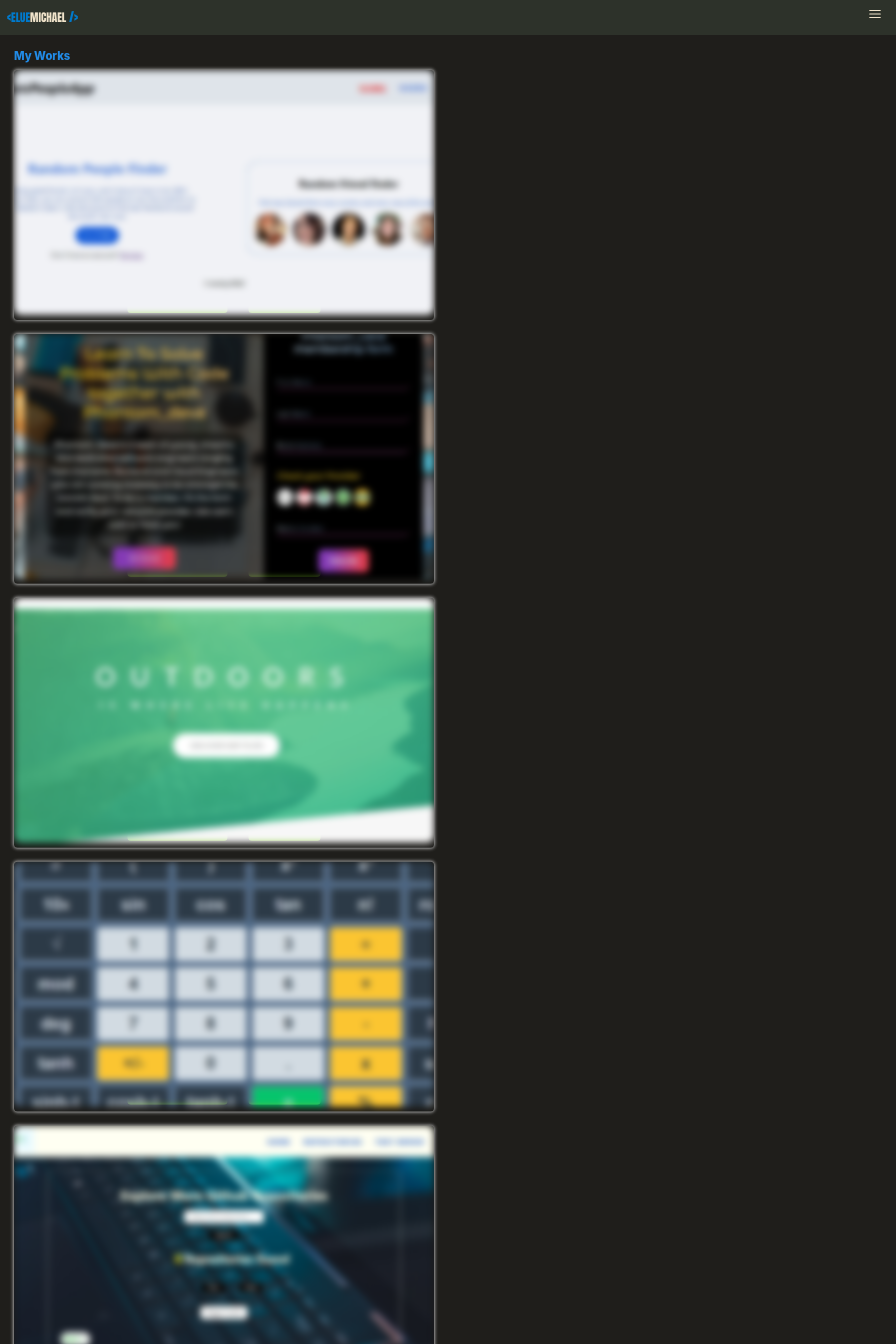
Repository: MikkyPrestige/portfolio
Page: /projects
An editor plug-in stored every save of this project. The page is shown before and after the next save, followed by the edit.
The browser window is 1280 px wide. The pictures show the part of the page from y = 0 to 1920 px (the page is 5001 px tall), at 70% of full size.
The project was rebuilt for these pictures with package versions that can differ from the ones it lists, and the page was loaded fresh each time. Also part of the build but not shown: src/components/avatar.jsx, src/components/home.jsx, src/components/about.jsx, src/components/fallback.jsx.

Above is the page before, as saved 2023-02-21 17:32:07.

### public/index.html
<!DOCTYPE html>
<html lang="en">
  <head>
    <meta charset="utf-8" />
    <link rel="icon" href="%PUBLIC_URL%/favicon.ico" />
    <meta name="viewport" content="width=device-width, initial-scale=1" />
    <meta name="theme-color" content="#000000" />
    <meta
      name="description"
      content="Web site created using create-react-app"
    />
    <link rel="apple-touch-icon" href="%PUBLIC_URL%/logo192.png" />
    <!--
      manifest.json provides metadata used when your web app is installed on a
      user's mobile device or desktop. See https://developers.google.com/web/fundamentals/web-app-manifest/
    -->
    <link rel="manifest" href="%PUBLIC_URL%/manifest.json" />
    <!--
      Notice the use of %PUBLIC_URL% in the tags above.
      It will be replaced with the URL of the `public` folder during the build.
      Only files inside the `public` folder can be referenced from the HTML.

      Unlike "/favicon.ico" or "favicon.ico", "%PUBLIC_URL%/favicon.ico" will
      work correctly both with client-side routing and a non-root public URL.
      Learn how to configure a non-root public URL by running `npm run build`.
    -->
    <title>Elue Michael Portfolio</title>
  </head>
  <body>
    <noscript>You need to enable JavaScript to run this app.</noscript>
    <div id="root"></div>
    <!--
      This HTML file is a template.
      If you open it directly in the browser, you will see an empty page.

      You can add webfonts, meta tags, or analytics to this file.
      The build step will place the bundled scripts into the <body> tag.

      To begin the development, run `npm start` or `yarn start`.
      To create a production bundle, use `npm run build` or `yarn build`.
    -->
  </body>
</html>

### src/assets/styles/sass/main.scss
@import 'abstracts/variables';
@import 'base/base';
@import 'layouts/header';
@import 'pages/home';
@import 'pages/about';
@import 'pages/projects';

// @media (prefers-reduced-motion: no-preference) {
//   .App-logo {
//     animation: App-logo-spin infinite 20s linear;
//   }
// }

// @keyframes App-logo-spin {
//   from {
//     transform: rotate(0deg);
//   }
//   to {
//     transform: rotate(360deg);
//   }
// }

### src/components/layout.jsx
import React from "react";
import { MdClose } from "react-icons/md";
import { FiMenu } from "react-icons/fi";
import { useState } from "react";
import { NavLink } from "react-router-dom";

const Layout = () => {
  return (
    <div>
      <LayoutSmall />
      <LayoutLarge />
    </div>
  );
};

const CustomNavLink = ({ to, ...props }) => {
  let activeStyle = {
    color: "var(--color--green)",
    textDecoration: "underline",
  };

  return (
    <NavLink
      to={to}
      style={({ isActive }) =>
        isActive ? activeStyle : { textDecoration: "none" }
      }
      {...props}
    />
  );
};

const LayoutSmall = () => {
  const [showMenu, setShowMenu] = useState(false);

  const toggleMenu = () => {
    setShowMenu(!showMenu);
  };

  const closeMenu = () => {
    setShowMenu(false);
  };

  return (
    <div className="layout layout--small">
      <header className="layout--header">
        <div className="layout--header__title">
          <h1 className="layout--header__title__content">
            <span className="layout--header__title__content__span">{"<"}</span>
            <span className="layout--header__title__content__span--2">
              ELUE
            </span>
            MICHAEL{" "}
            <span className="layout--header__title__content__span">{"/>"}</span>
          </h1>
        </div>
        <nav className="layout--menu">
          <button className="layout--menu__button" onClick={toggleMenu}>
            {showMenu ? <MdClose /> : <FiMenu />}
          </button>
          <div className={`layout--menu__content ${showMenu ? "show" : ""}`}>
            <ul className="layout--menu__content__list">
              <li>
                <CustomNavLink
                  to="/"
                  onClick={closeMenu}
                  className="layout--menu__content__list__item"
                >
                  <span>#</span>Home
                </CustomNavLink>
              </li>
              <li>
                <CustomNavLink
                  to="/about"
                  onClick={closeMenu}
                  className="layout--menu__content__list__item"
                >
                  <span>#</span>About me
                </CustomNavLink>
              </li>
              <li>
                <CustomNavLink
                  to="/projects"
                  onClick={closeMenu}
                  className="layout--menu__content__list__item"
                >
                  <span>#</span>Projects
                </CustomNavLink>
              </li>
              <li>
                <CustomNavLink
                  to="/contact"
                  onClick={closeMenu}
                  className="layout--menu__content__list__item"
                >
                  <span>#</span>Contact
                </CustomNavLink>
              </li>
            </ul>
          </div>
        </nav>
      </header>
    </div>
  );
};

const LayoutLarge = () => {
  return (
    <div className="layout layout--large">
      <header className="layout--header">
        <div className="layout--title">
          <h1 className="layout--title__content">
            <span className="layout--title__content__span">{"<"}</span>
            <span className="layout--header__title__content__span--2">
              ELUE
            </span>
            MICHAEL<span className="layout--title__content__span">{"/>"}</span>
          </h1>
        </div>
        <div className="layout--menu">
          <ul className="layout--menu__list">
            <li className="layout--menu__list__item">
              <CustomNavLink to="/">Home</CustomNavLink>
            </li>
            <li className="layout--menu__list__item">
              <CustomNavLink to="/about">About me</CustomNavLink>
            </li>
            <li className="layout--menu__list__item">
              <CustomNavLink to="/projects">Projects</CustomNavLink>
            </li>
            <li className="layout--menu__list__item">
              <CustomNavLink to="/contact">Contact</CustomNavLink>
            </li>
          </ul>
        </div>
      </header>
    </div>
  );
};

export { Layout, LayoutSmall, LayoutLarge };

### src/assets/styles/sass/abstracts/_variables.scss
:root {
  --color-primary: #cc4600;
  --color-secondary: #bb45cb;
  --color-tertiary: #eefff8;

  // MARK UP
  --color--markup: #FF8303;
  // TEXT
  --color--text: #F0E3CA;

  // BACKGROUND
  --color--bg: #2D322A;
  --color--bg-light: #242320;
  --color--bg-dark: #1B1A17;
  --color--bg-dark-2: #1F1E1B;
  //DARK
  --color--dark: rgba(22, 22, 22, 1);
  --color--dark-1: rgba(34, 34, 34, 1);
  --color--dark-2: rgba(45, 45, 45, 1);
  --color--dark-3: rgba(51, 51, 51, 1);
  --color--dark-4: rgba(189, 189, 189, 1);
  //WHITE
  --color--white: rgba(255, 255, 255, 1);
  --color--white-1: rgba(240, 227, 202, 1);
  --color--white-op: rgba(240, 227, 202, 0.76);

  // GRAY
  --color--gray: #ABB2BF;

  --light-blue: rgba(97, 218, 251, 1);
  --light-blue--1: #3bc9db;
  --dark-blue: rgba(0, 122, 204, 1);
  --blue-cyan: #228be6;
  --dark-blue-op: rgba(6, 6, 7, 0.82);

  --color--green: rgba(131, 205, 41, 1);

  //Font size
  --font-size: 1rem;
  --font-size--small: 1.2rem;
  --font-size--medium: 1.4rem;
  --font-size--large: 1.6rem;
  --font-size--x-large: 1.8rem;
  --font-size--xx-large: 2rem;
  // ICON FONTS
  --font-size--icon: 3rem;
  --font-size--icon-1: 3.5rem;
  --font-size--icon-2: 4rem;


  //Font family
  --font-family: 'Roboto', sans-serif;
  --font--family--primary: 'Inter', sans-serif;
  --font-family--secondary: 'Inconsolata', monospace;
  --font-family--tertiary: 'Impact', sans-serif;
  --font-family--2: 'Fira Code', monospace;

  // FONT WEIGHT
  --font-weight--light: 300;
  --font-weight--regular: 400;
  --font-weight--medium: 600;
  --font-weight--bold: 800;
  // --font-weight--boldest: 900;
}

### src/assets/styles/sass/base/_base.scss
*,
*::after,
*::before {
  margin: 0;
  padding: 0;
  box-sizing: border-box;
}

html {
  font-size: 62.5%;
  font-family: var(--font-family);
  color: var(--color-white);
  background-color: var(--color--bg);
}

::selection {
  background-color: var(--color-primary);
  color: var(--color-white);
}

### src/assets/styles/sass/layouts/_header.scss
.layout {
  width: 100%;
  height: 5rem;

  &--header {
    display: flex;
    justify-content: space-between;
    align-items: center;
    padding: 1rem;

    &__title {
      text-align: center;

      &__content {
        color: var(--color--text);
        font-family: var(--font-family--tertiary);
        font-size: var(--font-size--large);
        font-weight: var(--font-weight--regular);
        position: absolute;
        z-index: 1000;

        &__span {
          color: var(--dark-blue);
          font-size: var(--font-size--x-large);

          &--2 {
            color: var(--dark-blue);
          }
        }
      }
    }
  }

  &--menu {
    position: relative;

    &__button {
      position: fixed;
      top: 1rem;
      right: 2rem;
      z-index: 10;
      background-color: var(--color--bg);
      color: var(--color--text);
      border: none;
      font-size: var(--font-size--xx-large);
      font-weight: var(--font-weight--bold);
      cursor: pointer;
    }

    &__content {
      position: fixed;
      top: 0;
      right: 0;
      width: 0;
      max-width: 100%;
      height: 85%;
      background-color: var(--color--bg-dark);
      z-index: 5;
      overflow: hidden;

      &.show {
        width: 100%;
        transition: all 1s ease-in-out;
        -webkit-transition: all 1s ease-in-out;
        -moz-transition: all 1s ease-in-out;
        -ms-transition: all 1s ease-in-out;
        -o-transition: all 1s ease-in-out;
      }

      &__list {
        list-style: none;
        display: flex;
        flex-direction: column;
        justify-content: center;
        align-items: center;
        gap: 5rem;
        padding: 0;
        margin-top: 8rem;

        &__item {
          color: var(--dark-blue);
          font-family: var(--font-family--secondary);
          font-size: var(--font-size--large);
          font-weight: var(--font-weight--bold);
          font-style: normal;
          text-transform: capitalize;
          cursor: pointer;
          transition: all 1s ease-in-out;
          -webkit-transition: all 1s ease-in-out;
          -moz-transition: all 1s ease-in-out;
          -ms-transition: all 1s ease-in-out;
          -o-transition: all 1s ease-in-out;

          &:hover,
          &:active {
            color: var(--color--text);
          }

          span {
            color: var(--color--white-1);
          }
        }
      }
    }
  }


  &--large {
    display: none;
  }
}

### src/assets/styles/sass/pages/home.scss
.home {
  width: 100%;
  height: 100vh;
  background: radial-gradient(100% 100% at 50% 100%, var(--color--bg-dark-2) 21.52%, var(--color--bg-dark) 100%);

  &--contents {
    display: flex;
    flex-direction: column;
    justify-content: center;
    align-items: center;
    padding: 3rem 5rem;
    gap: 3rem;
  }

  &--content {
    display: flex;
    flex-direction: column;
    align-items: flex-start;
    padding: 0;
    gap: .5rem;

    &__title {
      font-family: var(--font-family--secondary);
      font-size: var(--font-size--x-large);
      font-weight: var(--font-weight--boldest);
      color: var(--dark-blue);
    }

    &__subtitle {
      font-family: var(--font-family--secondary);
      font-size: var(--font-size--large);
      font-weight: var(--font-weight--bold);
      color: var(--color--text);
    }

    &__desc {
      font-family: var(--font-family--secondary);
      font-size: var(--font-size--small);
      font-weight: var(--font-weight--regular);
      color: var(--color--white-1);
    }
  }

  &--avatar {
    border-radius: 5%;
    -webkit-border-radius: 5%;
    -moz-border-radius: 5%;
    -ms-border-radius: 5%;
    -o-border-radius: 5%;
    background-image: radial-gradient(circle, var(--blue-cyan) 5%, var(--light-blue--1) 95%);
  }
}

### src/assets/styles/sass/pages/_about.scss
.about {
  width: 100%;
  height: 100%;
  background-color: var(--color--bg-dark-2);
  color: var(--color--gray);

  &--wrapper {
    display: flex;
    flex-direction: column;
    justify-content: center;
    align-items: center;
    gap: 1rem;
  }

  &--desc {
    padding: 5rem;
    display: flex;
    flex-direction: column;
    justify-content: center;
    align-items: center;
    gap: 5rem;
  }

  &--img {
    position: relative;

    &__content1 {
      width: 3rem;
      height: 3rem;
      position: absolute;
      top: 0;
      left: 0;
      background: var(--dark-blue);
      transform: rotate(51.88deg);
    }

    &__content2 {
      width: 3rem;
      height: 3rem;
      position: absolute;
      top: 0;
      left: 0;
      background: var(--color--white-op);
    }
  }

  &--content {
    display: flex;
    flex-direction: column;
    justify-content: center;
    align-items: flex-start;
    gap: 2rem;
    font-family: var(--font-family--2);

    &__title {
      line-height: 2;

      &__head {
        font-size: var(--font-size--x-large);
        font-weight: var(--font-weight--medium);
      }

      &__span {
        color: var(--dark-blue);
      }

      &__subhead {
        font-size: var(--font-size--medium);
        font-weight: var(--font-weight--regular);
      }
    }

    &__text {
      padding-left: 3rem;
      line-height: 1.5;
      color: var(--color--text);

      &__head {
        font-size: var(--font-size--large);
        font-weight: var(--font-weight--regular);

        &__name {
          color: var(--blue-cyan);
          font-weight: var(--font-weight--medium);
        }
      }

      &__desc {
        font-size: var(--font-size--small);
        font-weight: var(--font-weight--regular);
      }
    }
  }

  &--skills {
    display: flex;
    flex-direction: column;
    justify-content: center;
    align-items: center;
    gap: 2rem;

    &__title__head {
      font-size: var(--font__title -size--x-large);
      font-weight: var(--font-weight--medium);
      color: var(--dark-blue);
      text-transform: capitalize;
    }

    &__icon {
      font-size: var(--font-size--medium);
      color: var(--color--white-1);
    }

    &__content {
      display: flex;
      flex-direction: column;
      align-items: flex-start;
      gap: 2rem;
      padding: 0;
      width: 100%;

      &__items {
        display: grid;
        grid-template-columns: repeat(2, 1fr);
        gap: 2rem 5rem;
        width: 100%;
        padding: 1rem 3rem;
        border-radius: 1rem;
        background-color: var(--color--bg-dark);

        &__card {
          display: flex;
          flex-direction: column;
          justify-content: center;
          align-items: center;
          padding: 1rem;
          width: 10rem;
          border-radius: 1rem;
          -webkit-border-radius: 1rem;
          -moz-border-radius: 1rem;
          -ms-border-radius: 1rem;
          -o-border-radius: 1rem;

          &__icon {
            font-size: var(--font-size--icon-2);
          }

          &__text {
            font-family: var(--font-family--secondary);
            font-size: var(--font-size--medium);
            font-weight: var(--font-weight--medium);
            color: var(--color--white-1);
          }
        }
      }
    }
  }
}

### src/assets/styles/sass/pages/_projects.scss
.project {
  padding: 2rem;
  background-color: var(--color--bg-dark-2);

  &--title {
    font-family: var(--font--family--secondary);
    font-size: var(--font-size--large);
    font-weight: var(--font-weight--bold);
    color: var(--blue-cyan);
    margin-bottom: 1rem;
  }

  &--wrapper {
    display: grid;
    grid-template-columns: repeat(1, 1fr);
    gap: 2rem;
    width: 100%;
  }

  &--card {
    background-color: var(--color--bg-dark);
    // margin: auto;
    padding: 1rem;
    border-radius: 0.5rem;
    box-shadow: 0 0 0.5rem 0.1rem var(--color--dark-4);
    transition: all 0.3s ease-in-out;
    position: relative;
    display: flex;
    flex-direction: column;
    justify-content: center;
    align-items: center;
    // height: 100%;
    max-width: 60rem;
    overflow-y: hidden;

    &:hover {
      transform: translateY(-0.5rem);
      box-shadow: 0 0 0.5rem 0.1rem var(--color--dark-4);
    }

    &__blur {
      position: absolute;
      top: 0;
      left: 0;
      width: 100%;
      height: 35rem;
      border-radius: 1rem;
      background-size: cover;
      background-position: center;
      background-repeat: no-repeat;
      filter: blur(0.5rem);
      z-index: 1;

      &-1 {
        background-image: url(../../../images/randomApp.jpeg);
      }

      &-2 {
        background-image: url(../../../images/phonieApp.jpeg);
      }

      &-3 {
        background-image: url(../../../images/natours.jpeg);
      }

      &-4 {
        background-image: url(../../../images/calculator.jpeg);
      }

      &-5 {
        background-image: url(../../../images/repoApp.jpeg);
      }

      &-6 {
        background-image: url(../../../images/fylo.jpeg);
      }

      &-7 {
        background-image: url(../../../images/orderCard.jpeg);
      }

      &-8 {
        background-image: url(../../../images/phonyApp.jpeg);
      }

      &-9 {
        background-image: url(../../../images/ratingApp.jpeg);
      }

      &-10 {
        background-image: url(../../../images/chatAppCss.jpeg);
      }

      &-11 {
        background-image: url(../../../images/trillo.jpeg);
      }

      &-12 {
        background-image: url(../../../images/statsCard.jpeg);
      }

      &-13 {
        background-image: url(../../../images/phonyApp.jpeg);
      }

      &-14 {
        background-image: url(../../../images/shoebrand.jpeg);
      }
    }

    &__content {
      height: 30rem;
      width: 100%;
      display: flex;
      flex-direction: column;
      justify-content: center;
      align-items: center;
      gap: 1rem;
      position: relative;
      top: 0;
      left: 0;


      &__title {
        font-family: var(--font--family--secondary);
        font-size: var(--font-size--large);
        font-weight: var(--font-weight--bold);
        color: var(--blue-cyan);
      }

      &__desc {
        font-family: var(--font--family--secondary);
        font-size: var(--font-size--medium);
        font-weight: var(--font-weight--regular);
        color: var(--color--white);
        text-align: center;
      }
    }

    &__links {
      display: flex;
      justify-content: center;
      align-items: center;
      gap: 3rem;

      &__link {
        padding: 1rem 2rem;
        background-color: var(--color--green);
        border-radius: 0.5rem;
        font-family: var(--font--family--secondary);
        font-size: var(--font-size--medium);
        font-weight: var(--font-weight--regular);
        color: var(--color--white);
        transition: all 0.3s ease-in-out;

        &:hover {
          color: var(--blue-cyan);
        }
      }
    }
  }
}

Loaded but not shown: src/index.css (common file); src/reportWebVitals.js (common file); src/index.js (21 lines, source omitted); src/App.js (22 lines, source omitted); src/components/projects.jsx (409 lines, source omitted)

After the next save:
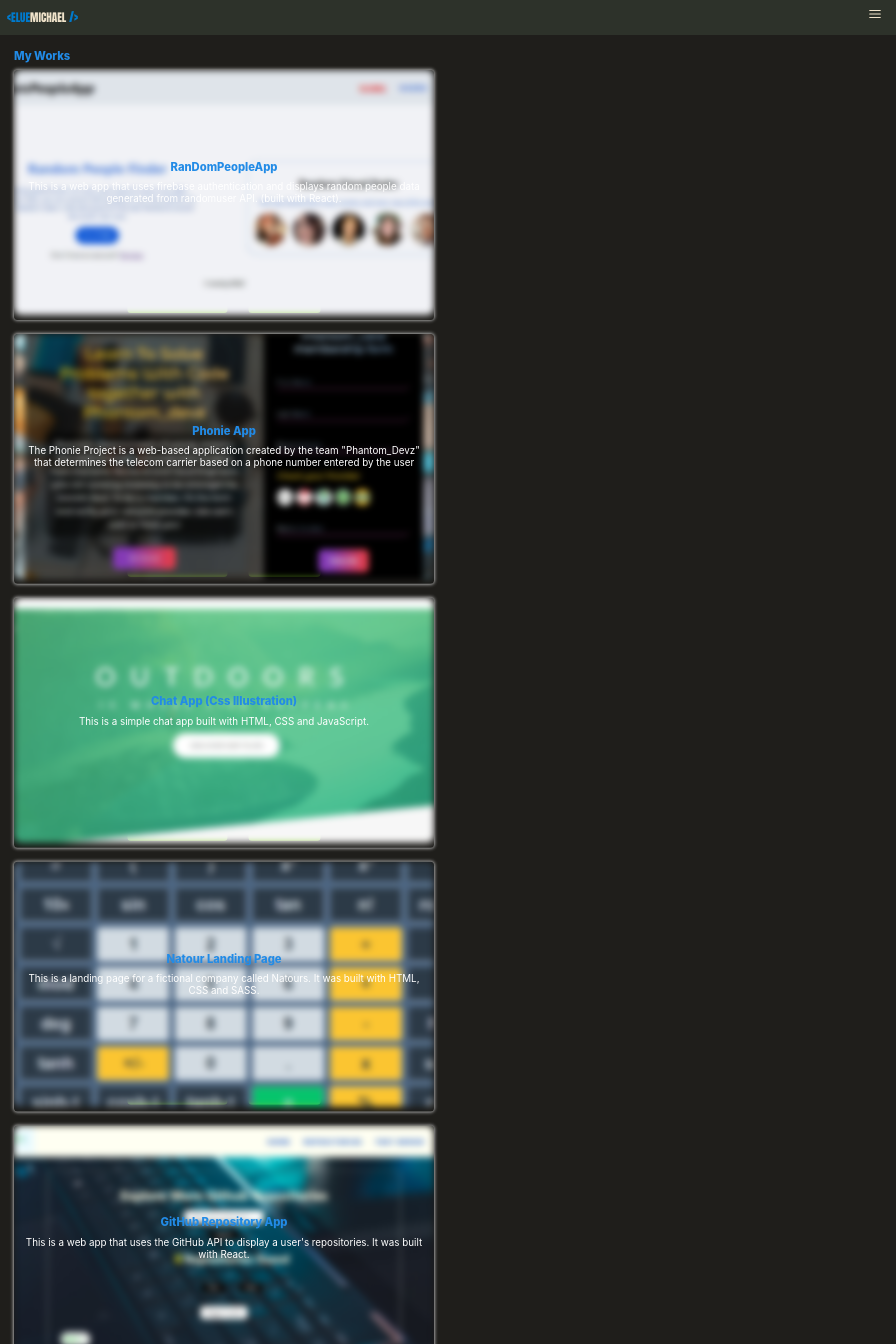
Saved 12 s later.
--- a/src/assets/styles/sass/pages/_projects.scss
+++ b/src/assets/styles/sass/pages/_projects.scss
@@ -49,7 +49,7 @@
       background-position: center;
       background-repeat: no-repeat;
       filter: blur(0.5rem);
-      z-index: 1;
+      // z-index: 1;
 
       &-1 {
         background-image: url(../../../images/randomApp.jpeg);
